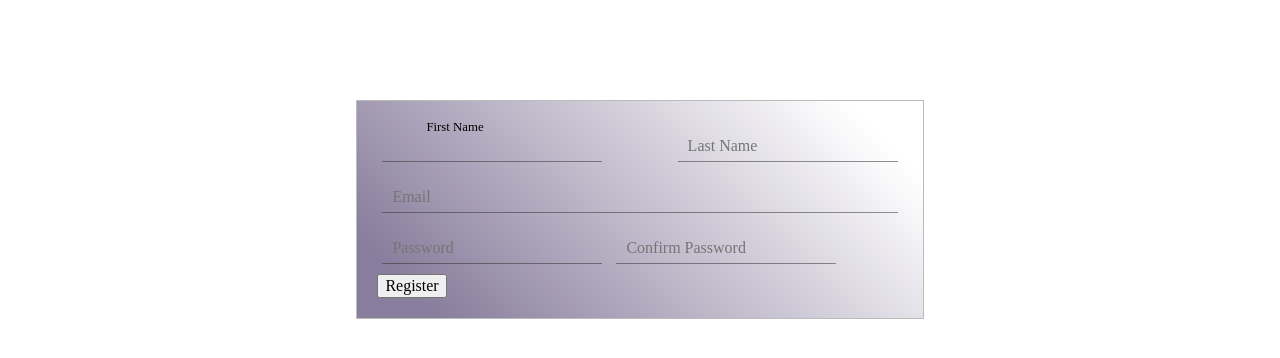
Repository: AMAmine89/vanilla-projects
Page: formo/index.html
These files come from the project's save history. The page is drawn as it stood at one moment and after the next save; the edit follows.
The browser window is 1280 px wide. The pictures show the whole page.
The first visible `input:not(input[type="submit"])` has the focus.

Above is the page before, as saved 2021-05-05 06:23:45.

After the next save:
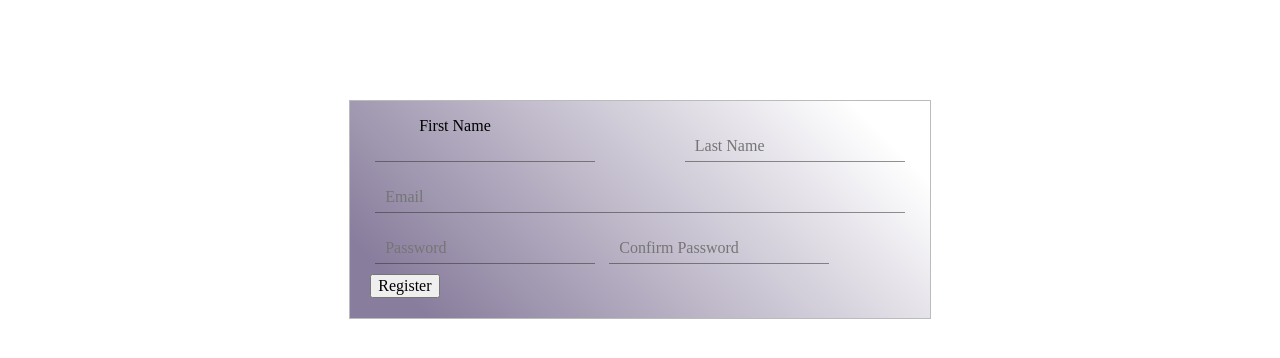
Saved 26 s later.
--- a/formo/style.css
+++ b/formo/style.css
@@ -53,7 +53,6 @@ input:not(input[type="submit"]):focus::after {
 input:not(input[type="submit"]):focus + label {
     left: -185px;
     bottom: 20px;
-    font-size: .8em;
 }
 
 label {
